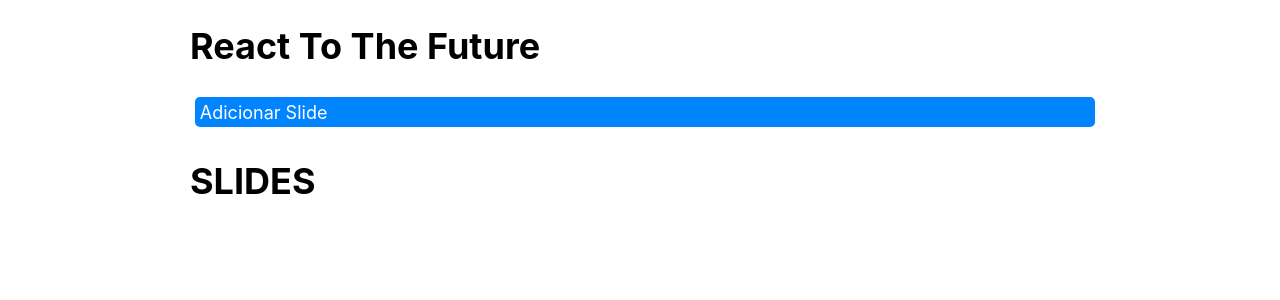
Repository: gotomarcelo/MERN
Page: / (app in cliente/)
The author's editor kept a copy of each file at every save. The page is drawn from the files as they stood at one save, then again after the next save.
The browser window is 1280 px wide. The pictures show the whole page.
The page's requests for data from a server got no answer. The project was rebuilt for these pictures with package versions that can differ from the ones it lists, and the page was loaded fresh each time. No one was signed in, and anything a server would have sent is missing.

Above is the page before, as saved 2022-01-03 11:10:20.

### cliente/src/App.js
import React, { useState, useEffect } from "react";
import Axios from "axios";
import "./App.css";
import Colapsavel from "./Colapsavel";

function App() {
  const [tituloSlide, setTitulo] = useState("");
  const [conteudoSlide, setConteudo] = useState("");

  const [newTituloSlide, setNewTituloSlide] = useState("");
  const [newConteudoSlide, setNewConteudoSlide] = useState("");

  const [slideList, setSlideList] = useState([]);

  useEffect(() => {
    Axios.get("http://localhost:3001/read").then((response) =>
      setSlideList(response.data)
    );
  }, []);

  const addToList = () => {
    Axios.post("http://localhost:3001/insert", {
      tituloSlide: tituloSlide,
      conteudoSlide: conteudoSlide,
    });
    window.location.reload();
  };

  const updateSlide = (id) => {
    Axios.put("http://localhost:3001/update", {
      id: id,
      newTituloSlide: newTituloSlide,
      newConteudoSlide: newConteudoSlide,
    });
    window.location.reload();
  };

  const deleteSlide = (id) => {
    Axios.delete(`http://localhost:3001/delete/${id}`);
    window.location.reload();
  };

  return (
    <>
    <body>
        <h1>React To The Future</h1>
        <Colapsavel label="Adicionar Slide">
          <label>Título:</label>
          <input
            type="text"
            onChange={(event) => {
              setTitulo(event.target.value);
            } } />

          <label>Conteudo:</label>
          <input
            type="text"
            onChange={(event) => {
              setConteudo(event.target.value);
            } } />
          <button onClick={addToList}>Add To List</button>
        </Colapsavel>
        <h1>SLIDES</h1>
        {slideList.map((val, key) => {
          return (
            <Colapsavel label={val.tituloSlide} key={key}>
              <h1>{val.tituloSlide}</h1>
              <p>{val.conteudoSlide}</p>
              <input
                type="text"
                placeholder="Novo nome do título"
                onChange={(event) => {
                  setNewTituloSlide(event.target.value);
                } } />
              <input
                type="text"
                placeholder="Atualizar conteudo"
                onChange={(event) => {
                  setNewConteudoSlide(event.target.value);
                } } />
              <button onClick={() => updateSlide(val._id)}>Atualizar</button>
              <button onClick={() => deleteSlide(val._id)}>Deletar</button>
            </Colapsavel>
          );
        })}
      </body></>
  );
}

export default App;

### cliente/src/index.css
body {
    font-family: -apple-system, BlinkMacSystemFont, 'Segoe UI', Roboto, Oxygen,
     Ubuntu, Cantarell, 'Open Sans', 'Helvetica Neue', sans-serif;
}

### cliente/src/App.css
.App {
  text-align: center;
  display: flex;
  flex-direction: column;
  justify-content: center;
  align-items: center;
}

input, button {
  width: 200px;
  height: 30px;
  font-size: 20px;
  margin: 5px;

}

body {
  max-width: 900px;
  font-family: gotham, arial, helvetica, sans-serif;
  font-size: 18px;
  padding: 0;
  margin: 0 auto !important;
}

### cliente/src/Colapsavel.js
import React, { useState, useRef } from "react";
import "./Colapsavel.css";

function Colapsavel(props) {
  const [isOpen, setIsOpen] = useState(false);

  const paiRef = useRef();

  return (
    <div className="colapsavel">
      <button className="toggle" onClick={() => setIsOpen(!isOpen)}>
        {props.label}
      </button>
      <div
      className="conteudo-pai"
      ref={paiRef}
      style={isOpen
        ?   {
            height: paiRef.current.scrollHeight + "px"
            }
        :   {
            height: "0px"
            }
      }
    >
        <div className="conteudo">{props.children}</div>
      </div>
    </div>
  );
}

export default Colapsavel;

### cliente/src/Colapsavel.css
.colapsavel .toggle {
  background: #0084ff;
  border: unset;
  cursor: pointer;
  font: unset;
  padding: 0.3rem;
  border-radius: 5px;
  color: #ffffff;
  margin-bottom: 0.5rem;
  width: 100%;
  text-align: left;
}

.colapsavel .conteudo {
    border: 1px solid #afafaf;
    padding: 0.5rem;
    border-radius: 5px;
    margin-bottom: 0.5rem;
}

.colapsavel .conteudo-pai {
    height: 0px;
    overflow: hidden;
    transition: height ease 0.3s;
}

Loaded but not shown: cliente/src/index.js (common file)

After the next save:
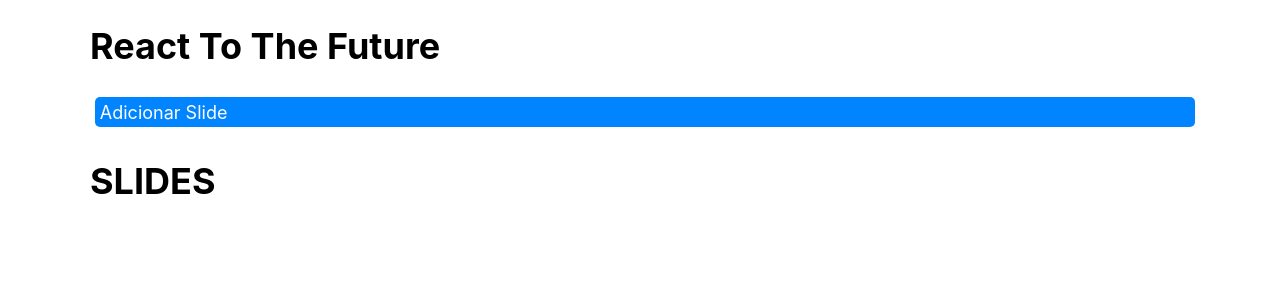
Saved 15 s later.
--- a/cliente/src/App.css
+++ b/cliente/src/App.css
@@ -15,7 +15,7 @@ input, button {
 }
 
 body {
-  max-width: 900px;
+  max-width: 1100px;
   font-family: gotham, arial, helvetica, sans-serif;
   font-size: 18px;
   padding: 0;
